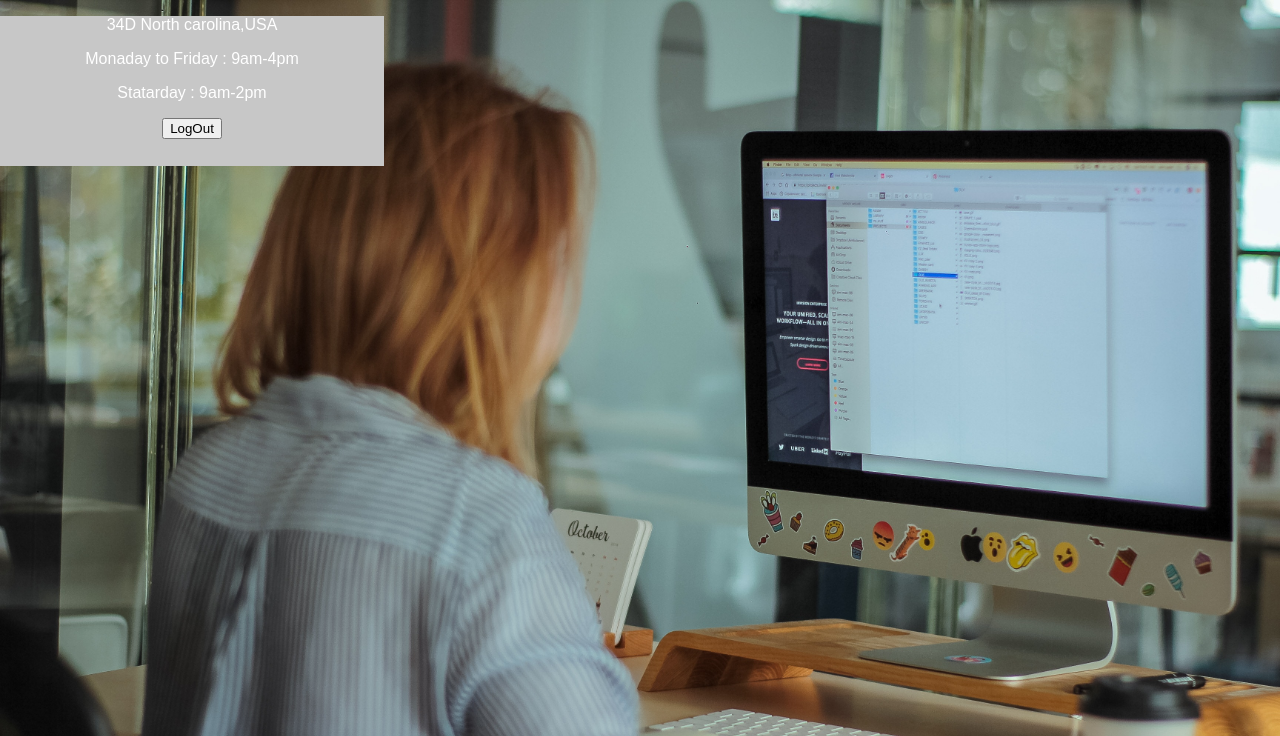
Repository: MyselfAman/Login_Page_Servlet
Page: http://localhost/Login_Page/About_Us.jsp
The author's editor kept a copy of each file at every save. The page is drawn from the files as they stood at one save, then again after the next save.
The browser window is 1280 px wide. The pictures show the whole page.
The page is served by Tomcat 9. The session is filled in as if someone had signed in: {"name": "Test User"}. Other server files are loaded and not shown.

Above is the page before, as saved 2019-08-08 06:09:52.

### Login_Page/WebContent/About_Us.jsp
<%@ page language="java" contentType="text/html; charset=ISO-8859-1"
    pageEncoding="ISO-8859-1"%>
<!DOCTYPE html>
<html>
<head>
<meta charset="ISO-8859-1">
<title>About_Us</title>
 <link href="About_Us.css" rel="stylesheet" type="text/css">
</head>
<body>
<%
	if(session.getAttribute("name")==null)
	{
		response.sendRedirect("login.jsp");
	}
%>
<div>
	<p>34D North carolina,USA</p>
	<p>Monaday to Friday : 9am-4pm</p>
	<p>Statarday : 9am-2pm</p>

	<form action="Logout">
	<input type="submit" value="LogOut">
	</form>
</div>
</body>

</html>

### Login_Page/WebContent/About_Us.css
@charset "ISO-8859-1";

body {
  margin: 0;
  padding: 0;
  background: url("images/code.jpg")no-repeat center top;
  background-size: cover;
  font-family: sans-serif;
  height: 100vh;
  color:White;
  text-align:center;
}

div{
	background-color:#c7c7c7;
	height:150px;
	width:30%;
}

After the next save:
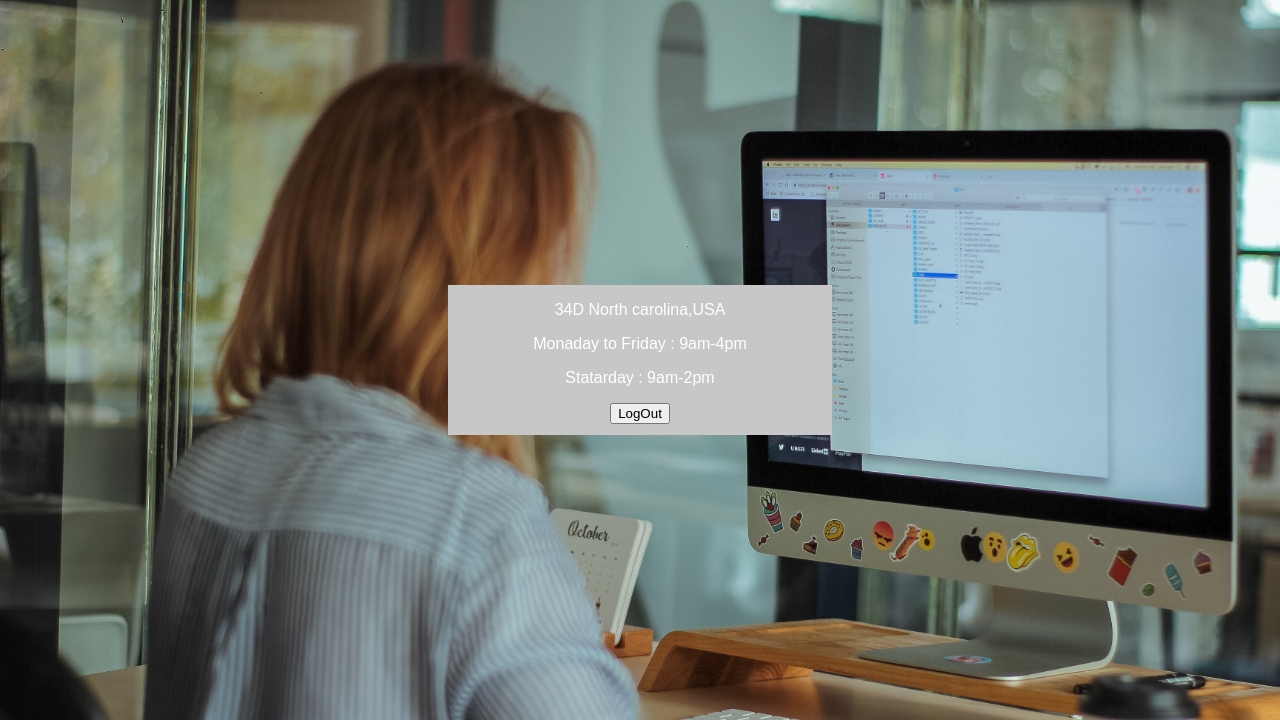
Saved 86 s later.
--- a/Login_Page/WebContent/About_Us.css
+++ b/Login_Page/WebContent/About_Us.css
@@ -15,4 +15,8 @@ div{
 	background-color:#c7c7c7;
 	height:150px;
 	width:30%;
+		top:50%;
+	left:50%;
+	 position: absolute;
+  transform: translate(-50%, -50%);
 }
